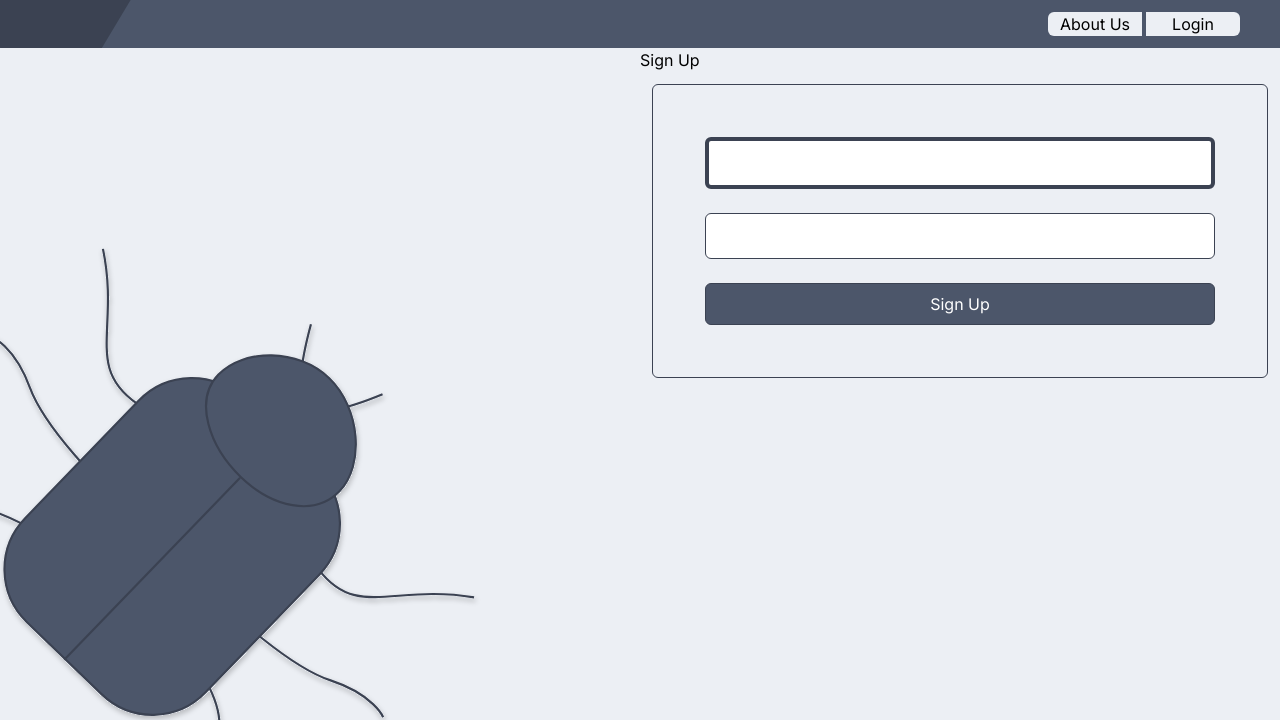
Repository: Qu4ntumGuy/project-bug
Page: /signup
An editor plug-in stored every save of this project. The page is shown before and after a run of saves, followed by the edit.
The browser window is 1280 px wide. The pictures show the whole page.
The project was rebuilt for these pictures with package versions that can differ from the ones it lists, and the page was loaded fresh each time. The framework's server and built-in components were replaced by stand-ins that run in the browser. Also part of the build but not shown: next.config.mjs, src/components/Diamond.module.css, src/components/Navbar.js.

Above is the page before, as saved 2024-02-13 23:45:57.

### src/app/layout.js
import { Inter } from "next/font/google";
import "./globals.css";

const inter = Inter({ subsets: ["latin"] });

export default function RootLayout({ children }) {
  return (
    <html lang="en">
      <head>
        <title>Project-bug</title>
        <meta name="description" content="Description goes here." />
        <link rel="preconnect" href="https://fonts.googleapis.com" />
        <link rel="preconnect" href="https://fonts.gstatic.com" crossorigin />
        <link
          href="https://fonts.googleapis.com/css2?family=Fira+Code:wght@300;400;500;600&display=swap"
          rel="stylesheet"
        />
      </head>
      <body className={inter.className}>{children}</body>
    </html>
  );
}

### src/app/signup/layout.js
"use client";
import Navbar from "@/components/Navbar";
import Image from "next/image";
import reactangle from "../../../public/Rectangle 5.svg";

export default function Signup({ children }) {
  //   const { data: session, status } = useSession();

  return (
    <>
      <nav className="h-[10%] relative w-full z-10 bg-[#4C566A] flex justify-end">
        <div className="absolute flex -left-1 -top-1">
          <Image
            src={reactangle}
            alt="reactangle"
            height={52}
            className=" rounded-md"
          />
        </div>
        <div className="flex m-3 w-48 mr-10 justify-between">
          <div className="flex cursor-pointer bg-[#ECEFF4] w-full mr-1 rounded-l-md items-center justify-center align-middle">
            <button className="" onClick={() => signupHandler}>
              About Us
            </button>
          </div>
          <div className="flex bg-[#ECEFF4] cursor-pointer w-full rounded-r-md items-center justify-center align-middle">
            <button onClick={() => loginHandler}>Login</button>
          </div>
        </div>
      </nav>
      <div className="w-full overflow-hidden">{children}</div>
    </>
  );
}

### src/app/signup/page.js
import Image from "next/image";
import bug from "../../../public/Bug.svg";

export default function Signup() {
  return (
    <div className="flex justify-between">
      <div className="w-full">
        <Image
          className=" absolute left-0 bottom-0"
          height={550}
          src={bug}
          alt="bug"
        />
      </div>
      <div className="w-full flex flex-col">
        <div>Sign Up</div>
        <form className="flex m-3 p-10 flex-col border border-[#3B4252] rounded-md">
          <input
            className="rounded-md border-4 border-[#3B4252] m-3 p-2 text-xl"
            type="text"
          />
          <input
            className="rounded-md border border-[#3B4252] m-3 p-2 text-xl"
            type="email"
          />
          <button className="text-white rounded-md m-3 p-2 border border-[#3B4252] bg-[#4C566A]">
            Sign Up
          </button>
        </form>
      </div>
    </div>
  );
}

### src/app/globals.css
@tailwind base;
@tailwind components;
@tailwind utilities;

/* :root {
  --foreground-rgb: 0, 0, 0;
  --background-start-rgb: 214, 219, 220;
  --background-end-rgb: 255, 255, 255;
} */

/* @media (prefers-color-scheme: dark) {
  :root {
    --foreground-rgb: 255, 255, 255;
    --background-start-rgb: 0, 0, 0;
    --background-end-rgb: 0, 0, 0;
  }
} */

body {
  color: rgb(var(--foreground-rgb));
  background: rgba(236, 239, 244, 1);
  font-family: 'Fira Code', monospace;
}

@font-face {
  font-family: "Fira Code";
  src: url("../../public/font/FiraCode-VariableFont_wght.ttf")
    format("truetype");
}


/* @layer utilities {
  .text-balance {
    text-wrap: balance;
  }
} */

Loaded but not shown: tailwind.config.js (common file)

After the next 2 saves:
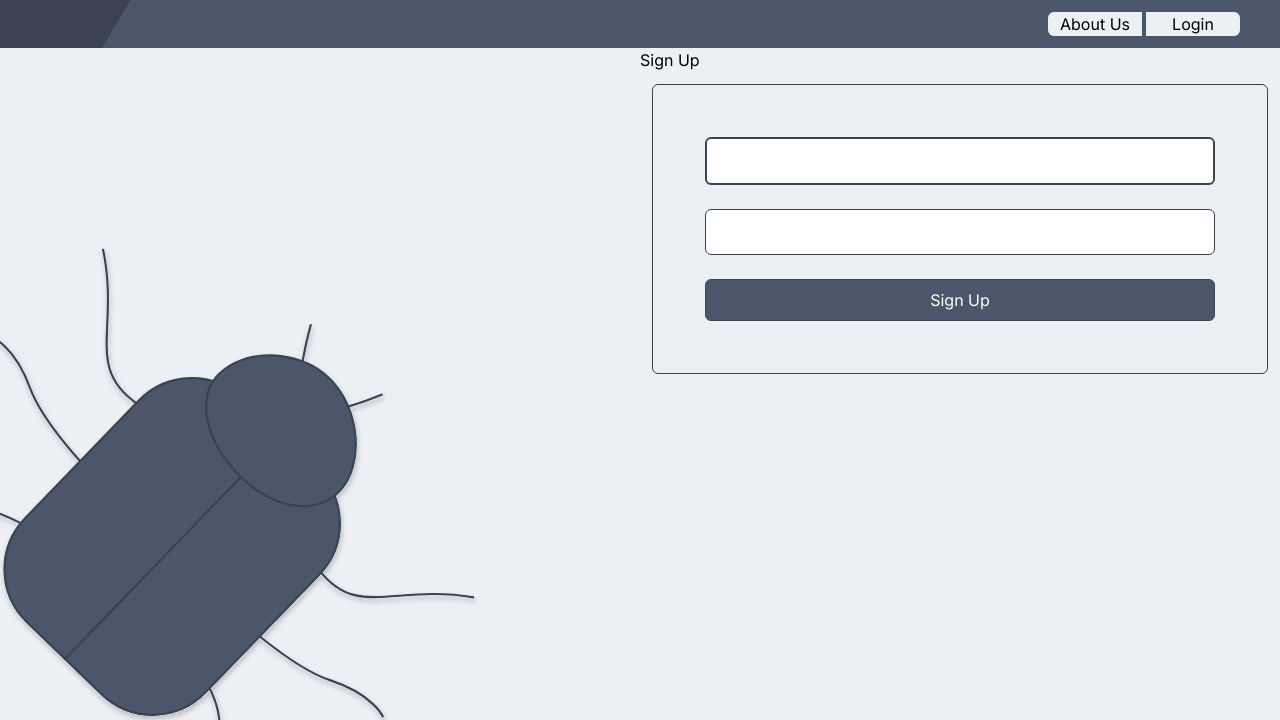
The 2 saves are shown as one change because they came seconds apart.
The last was saved 7 s later.
--- a/src/app/signup/page.js
+++ b/src/app/signup/page.js
@@ -16,7 +16,7 @@ export default function Signup() {
         <div>Sign Up</div>
         <form className="flex m-3 p-10 flex-col border border-[#3B4252] rounded-md">
           <input
-            className="rounded-md border-4 border-[#3B4252] m-3 p-2 text-xl"
+            className="rounded-md border-2 border-[#3B4252] m-3 p-2 text-xl"
             type="text"
           />
           <input
